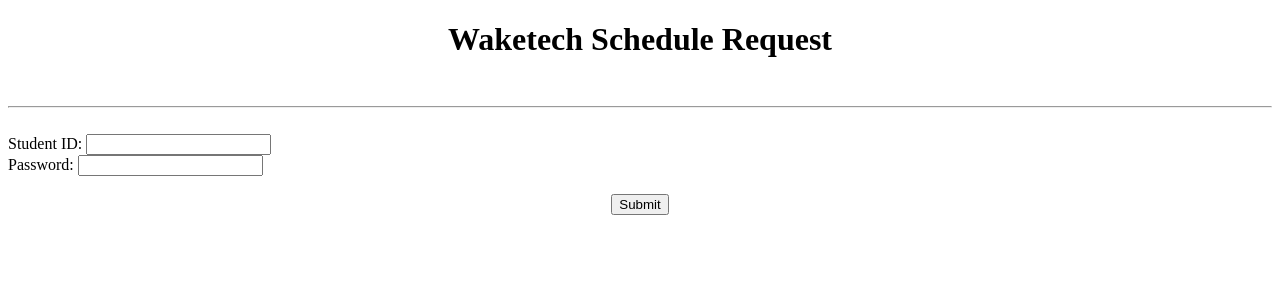
Repository: weshayutin/java258Online
Page: workspace/Week1Assignment/WebContent/week1.html
These files come from the project's save history. The page is drawn as it stood at one moment and after the next save; the edit follows.
The browser window is 1280 px wide. The pictures show the whole page.

Above is the page before, as saved 2011-01-23 20:09:33.

### workspace/Week1Assignment/WebContent/week1.html
<!DOCTYPE html PUBLIC "-//W3C//DTD HTML 4.01 Transitional//EN" "http://www.w3.org/TR/html4/loose.dtd">
<html>
<head>
<meta http-equiv="Content-Type" content="text/html; charset=UTF-8">
<title>Waketech Schedule Request</title>
</head>
<body>
<h1 align="center"> Waketech Schedule Request</h1>
<br>
<hr/>
<br>
<table align="center">


<form action="schedule">
	Student ID: <input type="text" name="name"/><br>
	Password: <input type="password" name="password"/><br/><br/>

	<center>
	 	<input type="submit"/>
	</center>
</form>

</table>
</body>
</html>

After the next save:
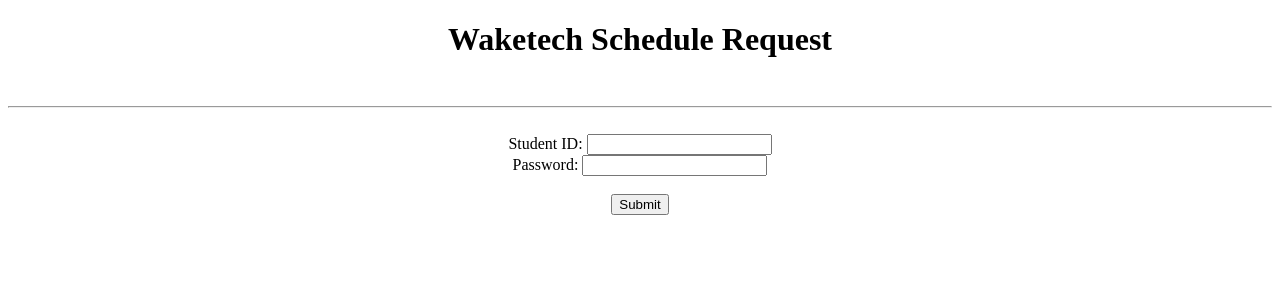
Saved 3 min 22 s later.
--- a/workspace/Week1Assignment/WebContent/week1.html
+++ b/workspace/Week1Assignment/WebContent/week1.html
@@ -9,7 +9,8 @@
 <br>
 <hr/>
 <br>
-<table align="center">
+<center>
+
 
 
 <form action="schedule">
@@ -20,7 +21,6 @@
 	 	<input type="submit"/>
 	</center>
 </form>
-
-</table>
+</center>
 </body>
 </html>
